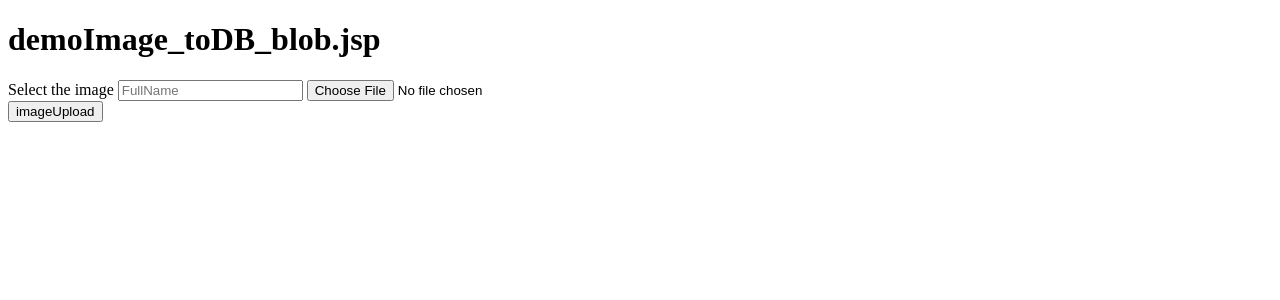
Repository: Ashish4910/CRUD-Image-Upload-using-JSP-and-SERVLET
Page: http://localhost/Image_upload/demoImage_toDB_blob.jsp
These files come from the project's save history. The page is drawn as it stood at one moment and after the next save; the edit follows.
The browser window is 1280 px wide. The pictures show the whole page.
The page is served by Tomcat 9.

Above is the page before, as saved 2023-12-18 06:52:54.

After the next save:
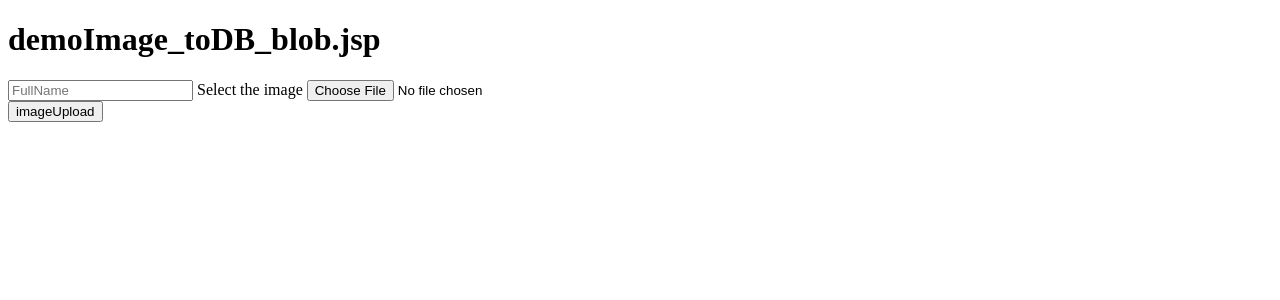
Saved 6 s later.
--- a/Image_upload/src/main/webapp/demoImage_toDB_blob.jsp
+++ b/Image_upload/src/main/webapp/demoImage_toDB_blob.jsp
@@ -12,9 +12,9 @@
 
 	<form action="imageUploadToBD" method="post"
 		enctype="multipart/form-data">
+	<input type="text" name="fullName" placeholder="FullName">
+		<lable> Select the image </lable>
 
-		<lable> Select the image </lable>
-		<input type="text" name="fullName" placeholder="FullName">
 		<input type="file" name="image"> <br> <input
 			type="submit" value="imageUpload">
 	</form>
